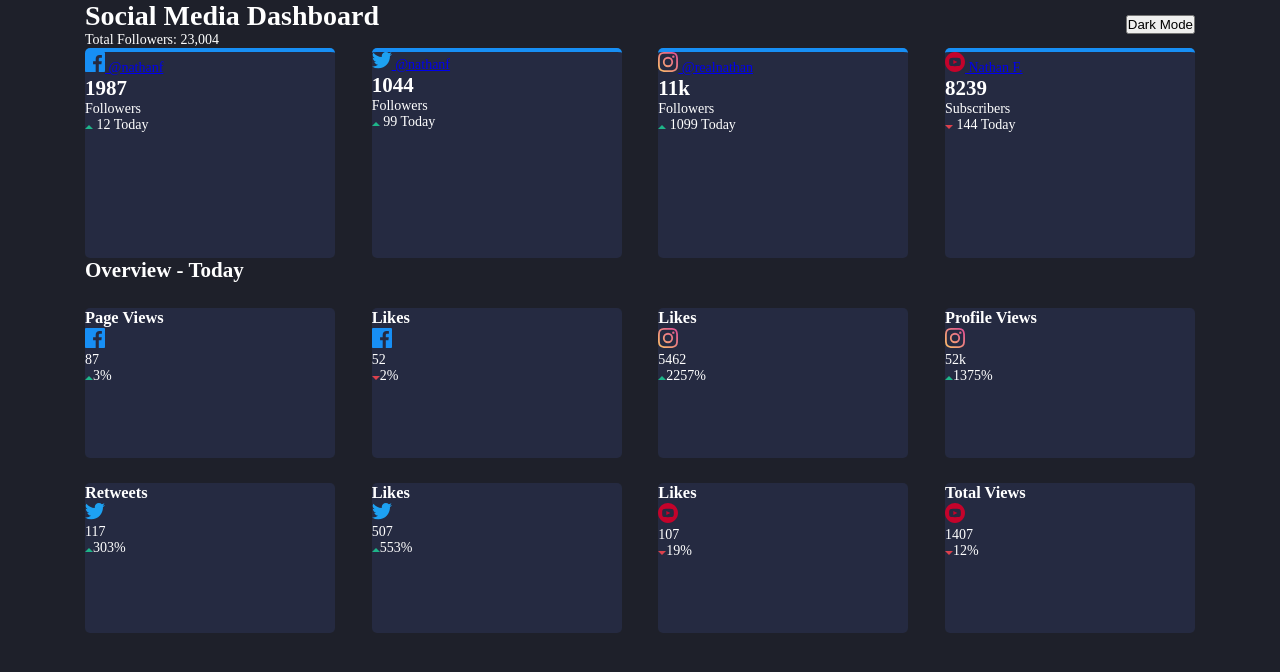
Repository: mamulini/social-media-dashboard-with-theme-switcher-master
Page: index.html
The author's editor kept a copy of each file at every save. The page is drawn from the files as they stood at one save, then again after the next save.
The browser window is 1280 px wide. The pictures show the whole page.

Above is the page before, as saved 2020-04-06 14:00:36.

### index.html
<!DOCTYPE html>
<html lang="en">

<head>
  <meta charset="UTF-8">
  <meta name="viewport" content="width=device-width, initial-scale=1.0">
  <link rel="icon" type="image/png" sizes="32x32" href="./images/favicon-32x32.png">
  <link rel="stylesheet" href="./css/style.css">
  <title>Frontend Mentor | [Challenge Name Here]</title>
</head>

<body>
  <main class="dashboard container">
    <header class="header">
      <div class="title">
        <h1 class="title__name">Social Media Dashboard</h1>
        <p class="title__total">Total Followers: 23,004</p>
      </div>
      <button class="theme" type="button">Dark Mode</button>
    </header>
    <div class="followers_block">
      <div class="folowers">

        <a class="followers__link" href="#"><svg xmlns="http://www.w3.org/2000/svg" width="20" height="20">
          <path fill="#178FF5" d="M18.896 0H1.104C.494 0 0 .494 0 1.104v17.793C0 19.506.494 20 1.104 20h9.58v-7.745H8.076V9.237h2.606V7.01c0-2.583 1.578-3.99 3.883-3.99 1.104 0 2.052.082 2.329.119v2.7h-1.598c-1.254 0-1.496.597-1.496 1.47v1.928h2.989l-.39 3.018h-2.6V20h5.098c.608 0 1.102-.494 1.102-1.104V1.104C20 .494 19.506 0 18.896 0z"/>
        </svg> @nathanf</a>
        <h2 class="followers__sum">1987</h2>
        <p class="followers__title">Followers</p>
        <p class="followers__today"><svg xmlns="http://www.w3.org/2000/svg" width="8" height="4"><path fill="#1EB589" fill-rule="evenodd" d="M0 4l4-4 4 4z"/></svg> 12 Today</p>
      </div>
      <div class="folowers">
        <a class="followers__link" href="#"><svg xmlns="http://www.w3.org/2000/svg" width="20" height="17"><path fill="#1DA1F2" d="M20 1.924a8.192 8.192 0 01-2.357.646A4.11 4.11 0 0019.448.3a8.22 8.22 0 01-2.606.996A4.096 4.096 0 0013.847 0c-2.65 0-4.596 2.472-3.998 5.037A11.648 11.648 0 011.392.752a4.109 4.109 0 001.27 5.478 4.086 4.086 0 01-1.858-.513C.76 7.616 2.122 9.395 4.095 9.79a4.113 4.113 0 01-1.853.07 4.106 4.106 0 003.833 2.849A8.25 8.25 0 010 14.41a11.616 11.616 0 006.29 1.843c7.618 0 11.922-6.434 11.663-12.205A8.354 8.354 0 0020 1.924z"/></svg> @nathanf</a>
        <h2 class="followers__sum">1044</h2>
        <p class="followers__title">Followers</p>
        <p class="followers__today"><svg xmlns="http://www.w3.org/2000/svg" width="8" height="4"><path fill="#1EB589" fill-rule="evenodd" d="M0 4l4-4 4 4z"/></svg> 99 Today</p>
      </div>
      <div class="folowers folowers--instagram">
        <a class="followers__link" href="#"><svg xmlns="http://www.w3.org/2000/svg" width="20" height="20"><defs><linearGradient id="a" x1="100%" x2="0%" y1="0%" y2="100%"><stop offset="0%" stop-color="#DF4896"/><stop offset="50.913%" stop-color="#EE877E"/><stop offset="100%" stop-color="#FDC366"/></linearGradient></defs><path fill="url(#a)" d="M10 1.802c2.67 0 2.987.01 4.042.059 2.71.123 3.975 1.409 4.099 4.099.048 1.054.057 1.37.057 4.04 0 2.672-.01 2.988-.057 4.042-.124 2.687-1.387 3.975-4.1 4.099-1.054.048-1.37.058-4.041.058-2.67 0-2.987-.01-4.04-.058-2.717-.124-3.977-1.416-4.1-4.1-.048-1.054-.058-1.37-.058-4.041 0-2.67.01-2.986.058-4.04.124-2.69 1.387-3.977 4.1-4.1 1.054-.048 1.37-.058 4.04-.058zM10 0C7.284 0 6.944.012 5.878.06 2.246.227.228 2.242.06 5.877.01 6.944 0 7.284 0 10s.012 3.057.06 4.123c.167 3.632 2.182 5.65 5.817 5.817 1.067.048 1.407.06 4.123.06s3.057-.012 4.123-.06c3.629-.167 5.652-2.182 5.816-5.817.05-1.066.061-1.407.061-4.123s-.012-3.056-.06-4.122C19.777 2.249 17.76.228 14.124.06 13.057.01 12.716 0 10 0zm0 4.865a5.135 5.135 0 100 10.27 5.135 5.135 0 000-10.27zm0 8.468a3.333 3.333 0 110-6.666 3.333 3.333 0 010 6.666zm5.338-9.87a1.2 1.2 0 100 2.4 1.2 1.2 0 000-2.4z"/></svg> @realnathan</a>
        <h2 class="followers__sum">11k</h2>
        <p class="followers__title">Followers</p>
        <p class="followers__today"><svg xmlns="http://www.w3.org/2000/svg" width="8" height="4"><path fill="#1EB589" fill-rule="evenodd" d="M0 4l4-4 4 4z"/></svg> 1099 Today</p>
      </div>
      <div class="folowers">
        <a class="followers__link" href="#"><svg xmlns="http://www.w3.org/2000/svg" width="20" height="20"><path fill="#C4032B" d="M10 0C4.478 0 0 4.478 0 10c0 5.523 4.478 10 10 10 5.523 0 10-4.477 10-10 0-5.522-4.477-10-10-10zm3.7 14.077c-1.75.12-5.652.12-7.402 0-1.896-.13-2.117-1.059-2.131-4.077.014-3.024.237-3.947 2.131-4.077 1.75-.12 5.652-.12 7.403 0 1.897.13 2.117 1.059 2.132 4.077-.015 3.024-.237 3.947-2.132 4.077zM8.334 8.048l4.098 1.949-4.098 1.955V8.048z"/></svg> Nathan F.</a>
        <h2 class="followers__sum">8239</h2>
        <p class="followers__title">Subscribers</p>
        <p class="followers__today"><svg xmlns="http://www.w3.org/2000/svg" width="8" height="4"><path fill="#DC414C" fill-rule="evenodd" d="M0 0l4 4 4-4z"/></svg> 144 Today</p>
      </div>

    </div>
    <div class="overview">
      <h2 class="overview__title">Overview - Today</h2>
    </div>
    <div class="likes_counter">
      <div class="likes">
        <h3 class="likes__title">Page Views</h3>
        <svg xmlns="http://www.w3.org/2000/svg" width="20" height="20"><path fill="#178FF5" d="M18.896 0H1.104C.494 0 0 .494 0 1.104v17.793C0 19.506.494 20 1.104 20h9.58v-7.745H8.076V9.237h2.606V7.01c0-2.583 1.578-3.99 3.883-3.99 1.104 0 2.052.082 2.329.119v2.7h-1.598c-1.254 0-1.496.597-1.496 1.47v1.928h2.989l-.39 3.018h-2.6V20h5.098c.608 0 1.102-.494 1.102-1.104V1.104C20 .494 19.506 0 18.896 0z"/></svg>
        <p class="likes__num">87</p>
        <p class="likes__procent"><svg xmlns="http://www.w3.org/2000/svg" width="8" height="4"><path fill="#1EB589" fill-rule="evenodd" d="M0 4l4-4 4 4z"/></svg>3%</p>
      </div>
      <div class="likes">
        <h3 class="likes__title">Likes</h3>
        <svg xmlns="http://www.w3.org/2000/svg" width="20" height="20"><path fill="#178FF5" d="M18.896 0H1.104C.494 0 0 .494 0 1.104v17.793C0 19.506.494 20 1.104 20h9.58v-7.745H8.076V9.237h2.606V7.01c0-2.583 1.578-3.99 3.883-3.99 1.104 0 2.052.082 2.329.119v2.7h-1.598c-1.254 0-1.496.597-1.496 1.47v1.928h2.989l-.39 3.018h-2.6V20h5.098c.608 0 1.102-.494 1.102-1.104V1.104C20 .494 19.506 0 18.896 0z"/></svg>
        <p class="likes__num">52</p>
        <p class="likes__procent"><svg xmlns="http://www.w3.org/2000/svg" width="8" height="4"><path fill="#DC414C" fill-rule="evenodd" d="M0 0l4 4 4-4z"/></svg>2%</p>
      </div>
      <div class="likes">
        <h3 class="likes__title">Likes</h3>
        <svg xmlns="http://www.w3.org/2000/svg" width="20" height="20"><defs><linearGradient id="a" x1="100%" x2="0%" y1="0%" y2="100%"><stop offset="0%" stop-color="#DF4896"/><stop offset="50.913%" stop-color="#EE877E"/><stop offset="100%" stop-color="#FDC366"/></linearGradient></defs><path fill="url(#a)" d="M10 1.802c2.67 0 2.987.01 4.042.059 2.71.123 3.975 1.409 4.099 4.099.048 1.054.057 1.37.057 4.04 0 2.672-.01 2.988-.057 4.042-.124 2.687-1.387 3.975-4.1 4.099-1.054.048-1.37.058-4.041.058-2.67 0-2.987-.01-4.04-.058-2.717-.124-3.977-1.416-4.1-4.1-.048-1.054-.058-1.37-.058-4.041 0-2.67.01-2.986.058-4.04.124-2.69 1.387-3.977 4.1-4.1 1.054-.048 1.37-.058 4.04-.058zM10 0C7.284 0 6.944.012 5.878.06 2.246.227.228 2.242.06 5.877.01 6.944 0 7.284 0 10s.012 3.057.06 4.123c.167 3.632 2.182 5.65 5.817 5.817 1.067.048 1.407.06 4.123.06s3.057-.012 4.123-.06c3.629-.167 5.652-2.182 5.816-5.817.05-1.066.061-1.407.061-4.123s-.012-3.056-.06-4.122C19.777 2.249 17.76.228 14.124.06 13.057.01 12.716 0 10 0zm0 4.865a5.135 5.135 0 100 10.27 5.135 5.135 0 000-10.27zm0 8.468a3.333 3.333 0 110-6.666 3.333 3.333 0 010 6.666zm5.338-9.87a1.2 1.2 0 100 2.4 1.2 1.2 0 000-2.4z"/></svg>
        <p class="likes__num">5462</p>
        <p class="likes__procent"><svg xmlns="http://www.w3.org/2000/svg" width="8" height="4"><path fill="#1EB589" fill-rule="evenodd" d="M0 4l4-4 4 4z"/></svg>2257%</p>
      </div>
      <div class="likes">
        <h3 class="likes__title">Profile Views</h3>
        <svg xmlns="http://www.w3.org/2000/svg" width="20" height="20"><defs><linearGradient id="a" x1="100%" x2="0%" y1="0%" y2="100%"><stop offset="0%" stop-color="#DF4896"/><stop offset="50.913%" stop-color="#EE877E"/><stop offset="100%" stop-color="#FDC366"/></linearGradient></defs><path fill="url(#a)" d="M10 1.802c2.67 0 2.987.01 4.042.059 2.71.123 3.975 1.409 4.099 4.099.048 1.054.057 1.37.057 4.04 0 2.672-.01 2.988-.057 4.042-.124 2.687-1.387 3.975-4.1 4.099-1.054.048-1.37.058-4.041.058-2.67 0-2.987-.01-4.04-.058-2.717-.124-3.977-1.416-4.1-4.1-.048-1.054-.058-1.37-.058-4.041 0-2.67.01-2.986.058-4.04.124-2.69 1.387-3.977 4.1-4.1 1.054-.048 1.37-.058 4.04-.058zM10 0C7.284 0 6.944.012 5.878.06 2.246.227.228 2.242.06 5.877.01 6.944 0 7.284 0 10s.012 3.057.06 4.123c.167 3.632 2.182 5.65 5.817 5.817 1.067.048 1.407.06 4.123.06s3.057-.012 4.123-.06c3.629-.167 5.652-2.182 5.816-5.817.05-1.066.061-1.407.061-4.123s-.012-3.056-.06-4.122C19.777 2.249 17.76.228 14.124.06 13.057.01 12.716 0 10 0zm0 4.865a5.135 5.135 0 100 10.27 5.135 5.135 0 000-10.27zm0 8.468a3.333 3.333 0 110-6.666 3.333 3.333 0 010 6.666zm5.338-9.87a1.2 1.2 0 100 2.4 1.2 1.2 0 000-2.4z"/></svg>
        <p class="likes__num">52k</p>
        <p class="likes__procent"><svg xmlns="http://www.w3.org/2000/svg" width="8" height="4"><path fill="#1EB589" fill-rule="evenodd" d="M0 4l4-4 4 4z"/></svg>1375%</p>
      </div>
      <div class="likes">
        <h3 class="likes__title">Retweets</h3>
        <svg xmlns="http://www.w3.org/2000/svg" width="20" height="17"><path fill="#1DA1F2" d="M20 1.924a8.192 8.192 0 01-2.357.646A4.11 4.11 0 0019.448.3a8.22 8.22 0 01-2.606.996A4.096 4.096 0 0013.847 0c-2.65 0-4.596 2.472-3.998 5.037A11.648 11.648 0 011.392.752a4.109 4.109 0 001.27 5.478 4.086 4.086 0 01-1.858-.513C.76 7.616 2.122 9.395 4.095 9.79a4.113 4.113 0 01-1.853.07 4.106 4.106 0 003.833 2.849A8.25 8.25 0 010 14.41a11.616 11.616 0 006.29 1.843c7.618 0 11.922-6.434 11.663-12.205A8.354 8.354 0 0020 1.924z"/></svg>
        <p class="likes__num">117</p>
        <p class="likes__procent"><svg xmlns="http://www.w3.org/2000/svg" width="8" height="4"><path fill="#1EB589" fill-rule="evenodd" d="M0 4l4-4 4 4z"/></svg>303%</p>
      </div>
      <div class="likes">
        <h3 class="likes__title">Likes</h3>
        <svg xmlns="http://www.w3.org/2000/svg" width="20" height="17"><path fill="#1DA1F2" d="M20 1.924a8.192 8.192 0 01-2.357.646A4.11 4.11 0 0019.448.3a8.22 8.22 0 01-2.606.996A4.096 4.096 0 0013.847 0c-2.65 0-4.596 2.472-3.998 5.037A11.648 11.648 0 011.392.752a4.109 4.109 0 001.27 5.478 4.086 4.086 0 01-1.858-.513C.76 7.616 2.122 9.395 4.095 9.79a4.113 4.113 0 01-1.853.07 4.106 4.106 0 003.833 2.849A8.25 8.25 0 010 14.41a11.616 11.616 0 006.29 1.843c7.618 0 11.922-6.434 11.663-12.205A8.354 8.354 0 0020 1.924z"/></svg>
        <p class="likes__num">507</p>
        <p class="likes__procent"><svg xmlns="http://www.w3.org/2000/svg" width="8" height="4"><path fill="#1EB589" fill-rule="evenodd" d="M0 4l4-4 4 4z"/></svg>553%</p>
      </div>
      <div class="likes">
        <h3 class="likes__title">Likes</h3>
        <svg xmlns="http://www.w3.org/2000/svg" width="20" height="20"><path fill="#C4032B" d="M10 0C4.478 0 0 4.478 0 10c0 5.523 4.478 10 10 10 5.523 0 10-4.477 10-10 0-5.522-4.477-10-10-10zm3.7 14.077c-1.75.12-5.652.12-7.402 0-1.896-.13-2.117-1.059-2.131-4.077.014-3.024.237-3.947 2.131-4.077 1.75-.12 5.652-.12 7.403 0 1.897.13 2.117 1.059 2.132 4.077-.015 3.024-.237 3.947-2.132 4.077zM8.334 8.048l4.098 1.949-4.098 1.955V8.048z"/></svg>
        <p class="likes__num">107</p>
        <p class="likes__procent"><svg xmlns="http://www.w3.org/2000/svg" width="8" height="4"><path fill="#DC414C" fill-rule="evenodd" d="M0 0l4 4 4-4z"/></svg>19%</p>
      </div>
      <div class="likes">
        <h3 class="likes__title">Total Views</h3>
        <svg xmlns="http://www.w3.org/2000/svg" width="20" height="20"><path fill="#C4032B" d="M10 0C4.478 0 0 4.478 0 10c0 5.523 4.478 10 10 10 5.523 0 10-4.477 10-10 0-5.522-4.477-10-10-10zm3.7 14.077c-1.75.12-5.652.12-7.402 0-1.896-.13-2.117-1.059-2.131-4.077.014-3.024.237-3.947 2.131-4.077 1.75-.12 5.652-.12 7.403 0 1.897.13 2.117 1.059 2.132 4.077-.015 3.024-.237 3.947-2.132 4.077zM8.334 8.048l4.098 1.949-4.098 1.955V8.048z"/></svg>
        <p class="likes__num">1407</p>
        <p class="likes__procent"><svg xmlns="http://www.w3.org/2000/svg" width="8" height="4"><path fill="#DC414C" fill-rule="evenodd" d="M0 0l4 4 4-4z"/></svg>12%</p>
      </div>
    </div>
  </main>
  <!-- <div class="attribution">
    Challenge by <a href="https://www.frontendmentor.io?ref=challenge" target="_blank">Frontend Mentor</a>.
    Coded by <a href="#">Your Name Here</a>.
  </div> -->
</body>

</html>

### css/style.css
*{
    padding: 0;
    margin: 0;
    box-sizing: border-box;
}

body{
    font-size: 14px;
    background: hsl(230, 17%, 14%);
    color: #ffffff;
}

.container{
    max-width: 1110px;
    margin: 0 auto;

}

.header{
    display: flex;
    justify-content: space-between;
    align-items: center;
}

.followers_block{
    display: flex;
    justify-content: space-between;
}

.folowers{
    width: 250px;
    height: 210px;
    border-top: 4px solid #178FF5;
    border-radius: 5px;
    background: hsl(228, 28%, 20%);
}

.folowers--instagram::before{
    content:'';
    position:absolute;
    width:100%;
    height:4px;
    background:linear-gradient(to left, #DF4896 0% , #EE877E 50%, #FDC366 100%);
    top:-4px;
    left:0;
    border-radius: 5px 5px 0 0 ;
}

.likes_counter{
    display: flex;
    justify-content: space-between;
    flex-wrap: wrap;
}

.likes{
    flex: 0 0 calc(25% - #{$gap});
    width: 250px;
    height: 150px;
    background:  hsl(228, 28%, 20%);
    margin-top: 25px;
    border-radius: 5px;
}






.attribution { font-size: 11px; text-align: center; }
.attribution a { color: hsl(228, 45%, 44%); }

After the next save:
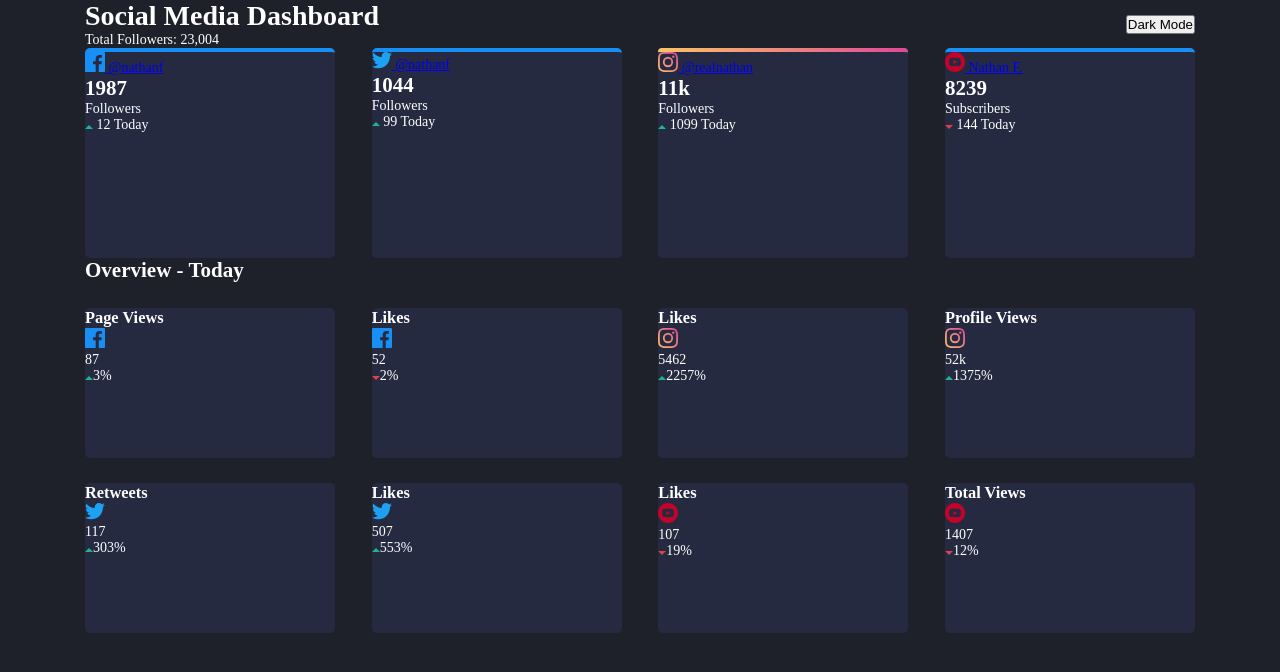
Saved 17 s later.
--- a/css/style.css
+++ b/css/style.css
@@ -33,6 +33,7 @@ body{
     border-top: 4px solid #178FF5;
     border-radius: 5px;
     background: hsl(228, 28%, 20%);
+    position: relative;
 }
 
 .folowers--instagram::before{
